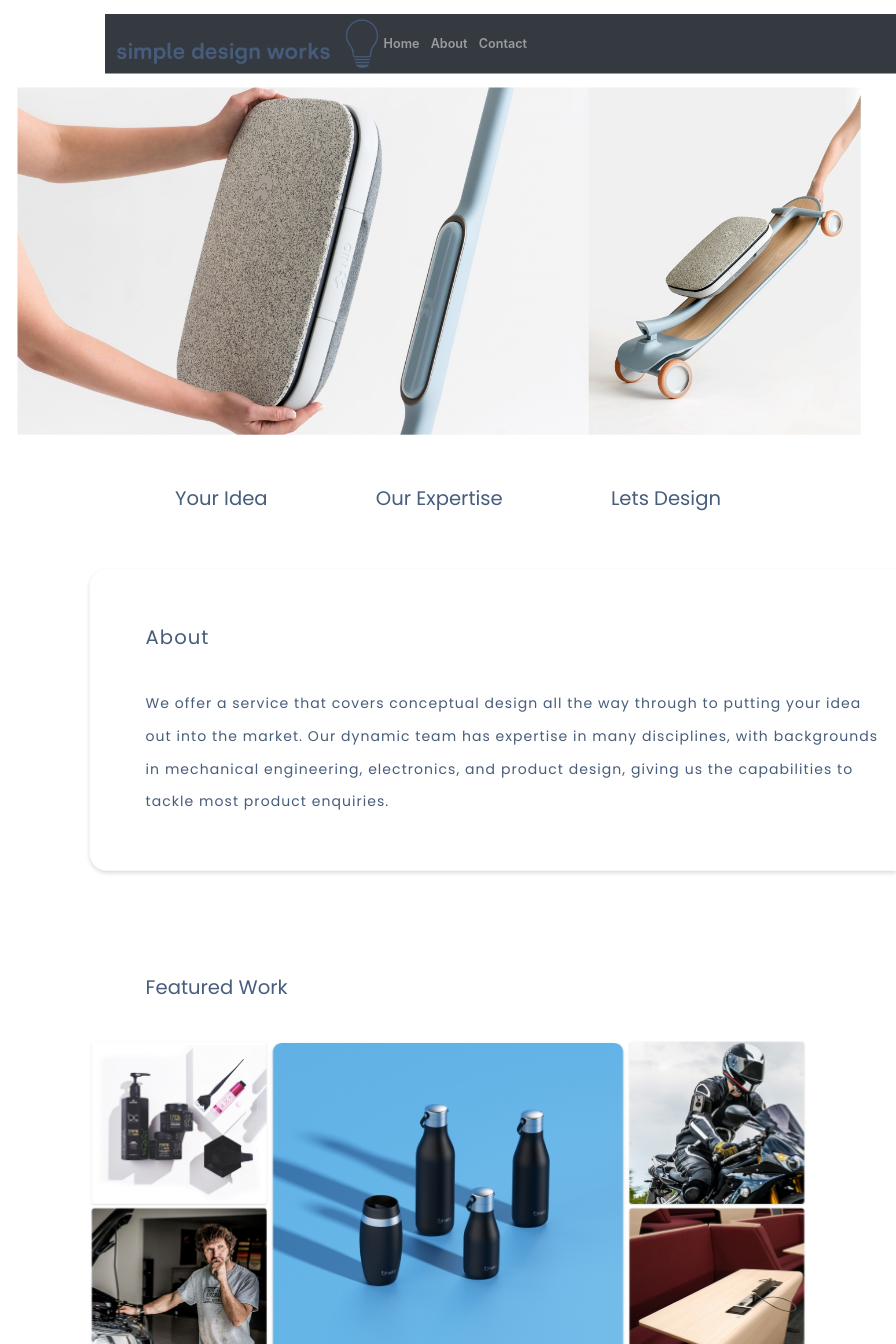
Repository: cobyfoster99/User-Centric-frontend-project
Page: index.html
The author's editor kept a record of every edit. The page is drawn from the files as they stood at one moment, then again after the next edit.
The browser window is 1280 px wide. The pictures show the part of the page from y = 0 to 1920 px (the page is 3247 px tall), at 70% of full size.
Some web libraries are served in a nearby version.

Above is the page before.

After the next edit:
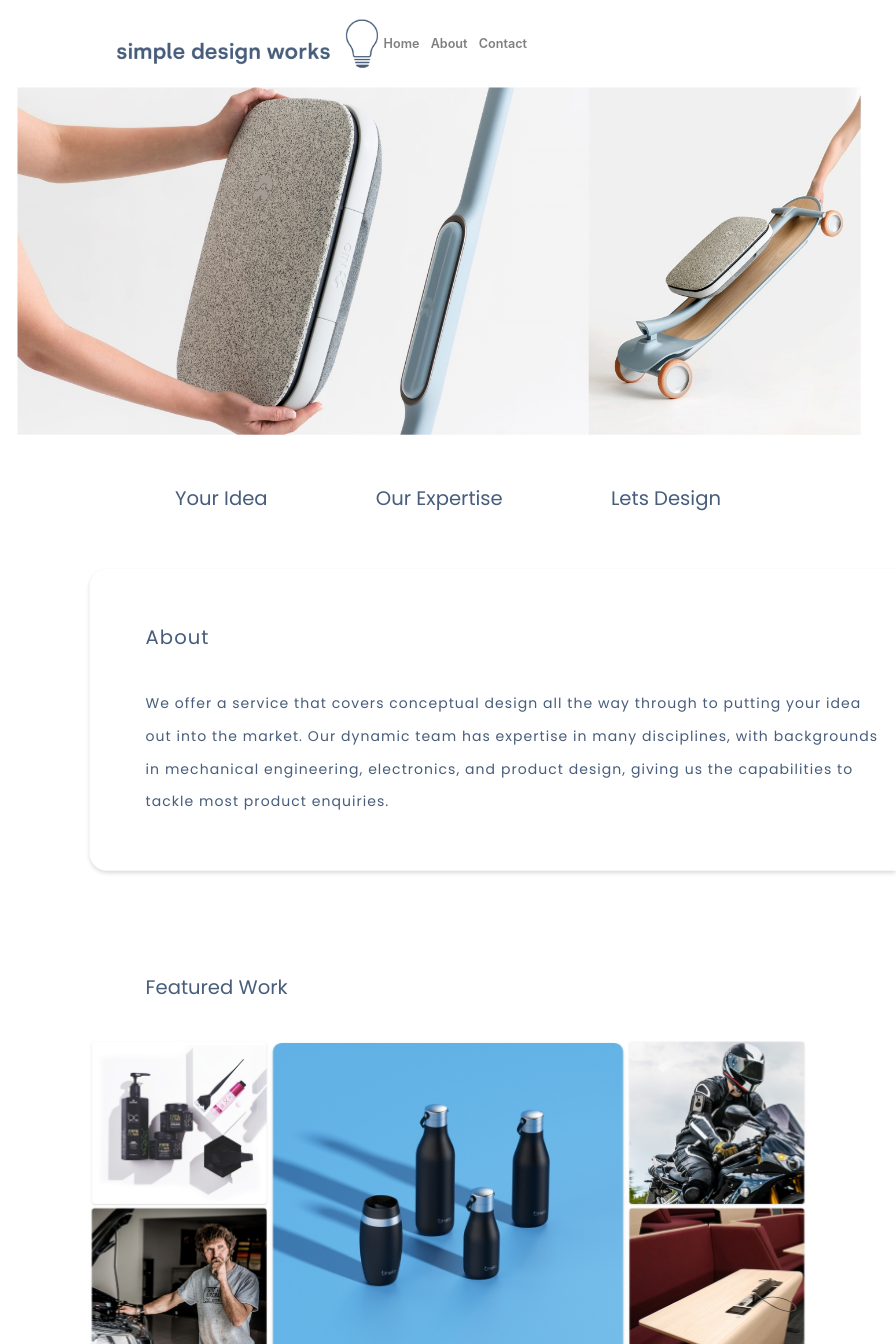
The edit:
--- a/index.html
+++ b/index.html
@@ -15,7 +15,7 @@
 <body>
 
     <header>
-        <nav class="navbar navbar-expand-md bg-dark navbar-dark">
+        <nav class="navbar navbar-light navbar-expand-md">
             <img src="./assets/media-library/logo.png"></img>
             <button class="navbar-toggler" type="button" data-toggle="collapse" data-target="#collapsibleNavbar">
     <span class="navbar-toggler-icon"></span>
